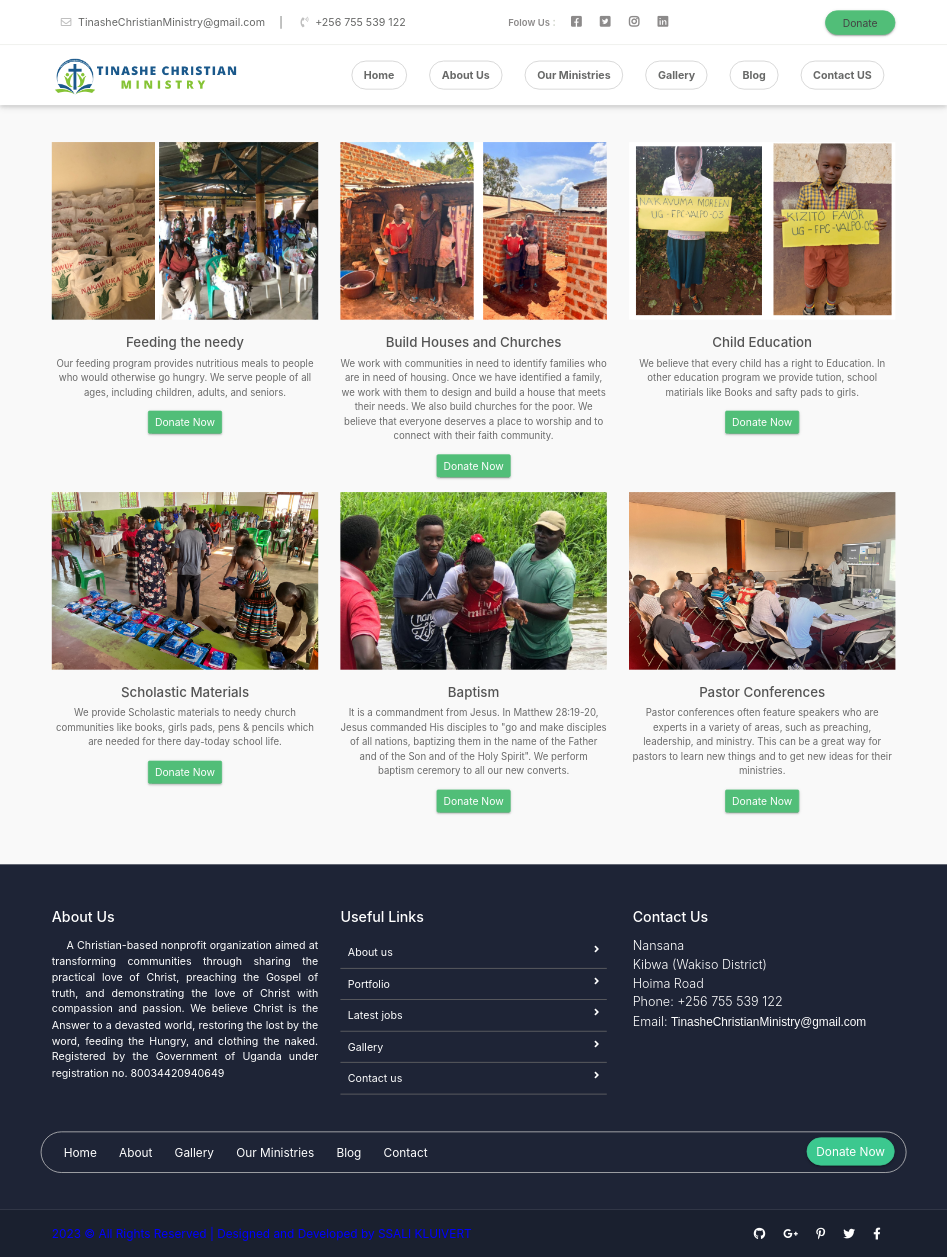
Repository: kluivert-ssali/Zziwa
Page: services.html
The author's editor kept a copy of each file at every save. The page is drawn from the files as they stood at one save, then again after the next save.
The browser window is 1280 px wide. The pictures show the whole page, at 74% of full size.

Above is the page before, as saved 2023-11-24 23:26:31.

After the next save:
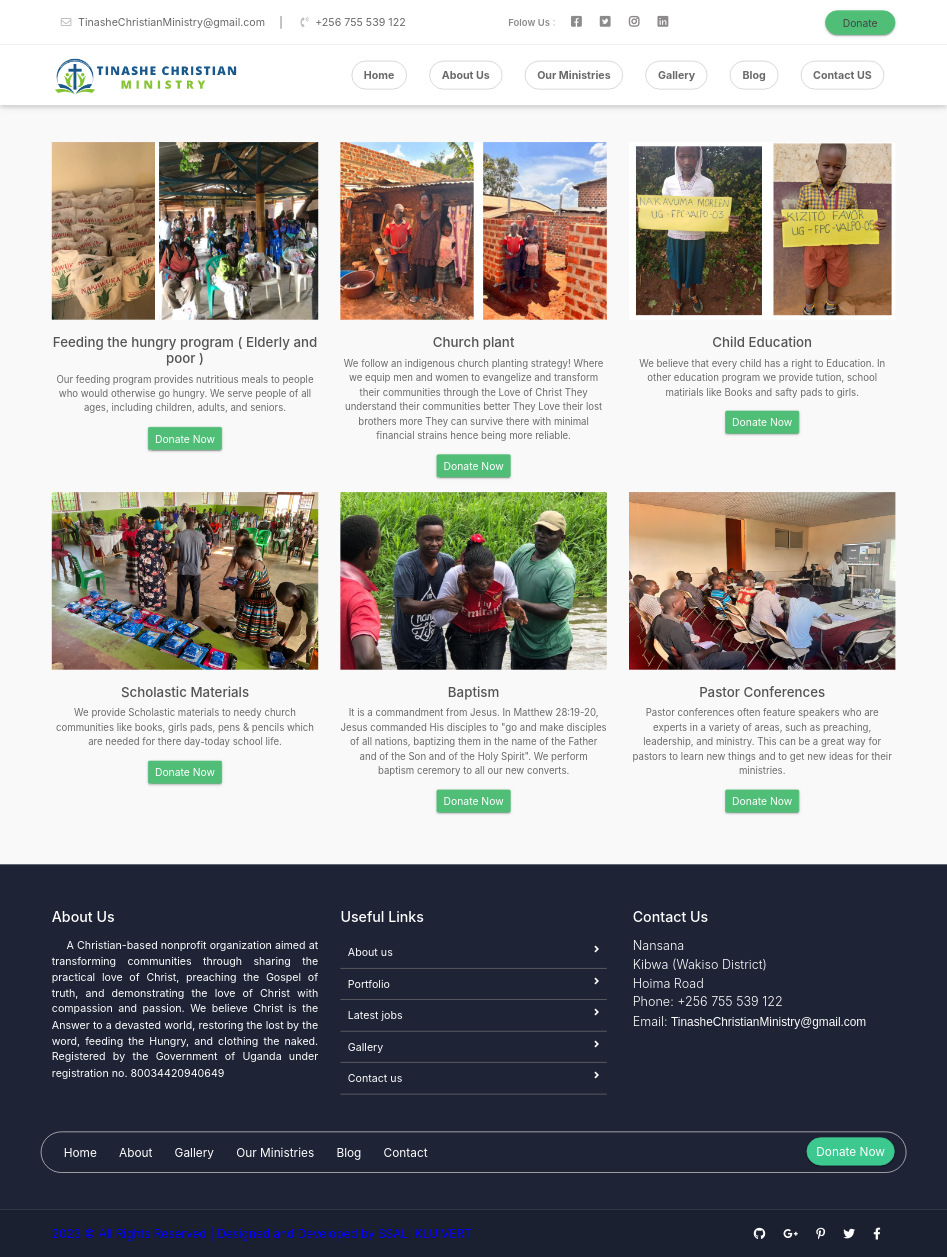
Saved 12 min 41 s later.
--- a/services.html
+++ b/services.html
@@ -133,7 +133,7 @@
           <div class="col-md-4 col-sm-6">
             <div class="event-box">
               <img src="assets/images/events/Feeding.png" alt="" />
-              <h4>Feeding the needy</h4>
+              <h4>Feeding the hungry program ( Elderly and poor )</h4>
 
               <p class="desic">
                 Our feeding program provides nutritious meals to people who
@@ -151,13 +151,13 @@
           <div class="col-md-4 col-sm-6">
             <div class="event-box">
               <img src="assets/images/events/House2.png" alt="" />
-              <h4>Build Houses and Churches</h4>
-              <p class="desic">
-                We work with communities in need to identify families who are in
-                need of housing. Once we have identified a family, we work with
-                them to design and build a house that meets their needs. We also
-                build churches for the poor. We believe that everyone deserves a
-                place to worship and to connect with their faith community.
+              <h4>Church plant</h4>
+              <p class="desic">
+                We follow an indigenous church planting strategy! Where we equip
+                men and women to evangelize and transform their communities
+                through the Love of Christ They understand their communities
+                better They Love their lost brothers more They can survive there
+                with minimal financial strains hence being more reliable.
               </p>
               <a
                 href="https://flutterwave.com/donate/cqvprj4q11oa"
